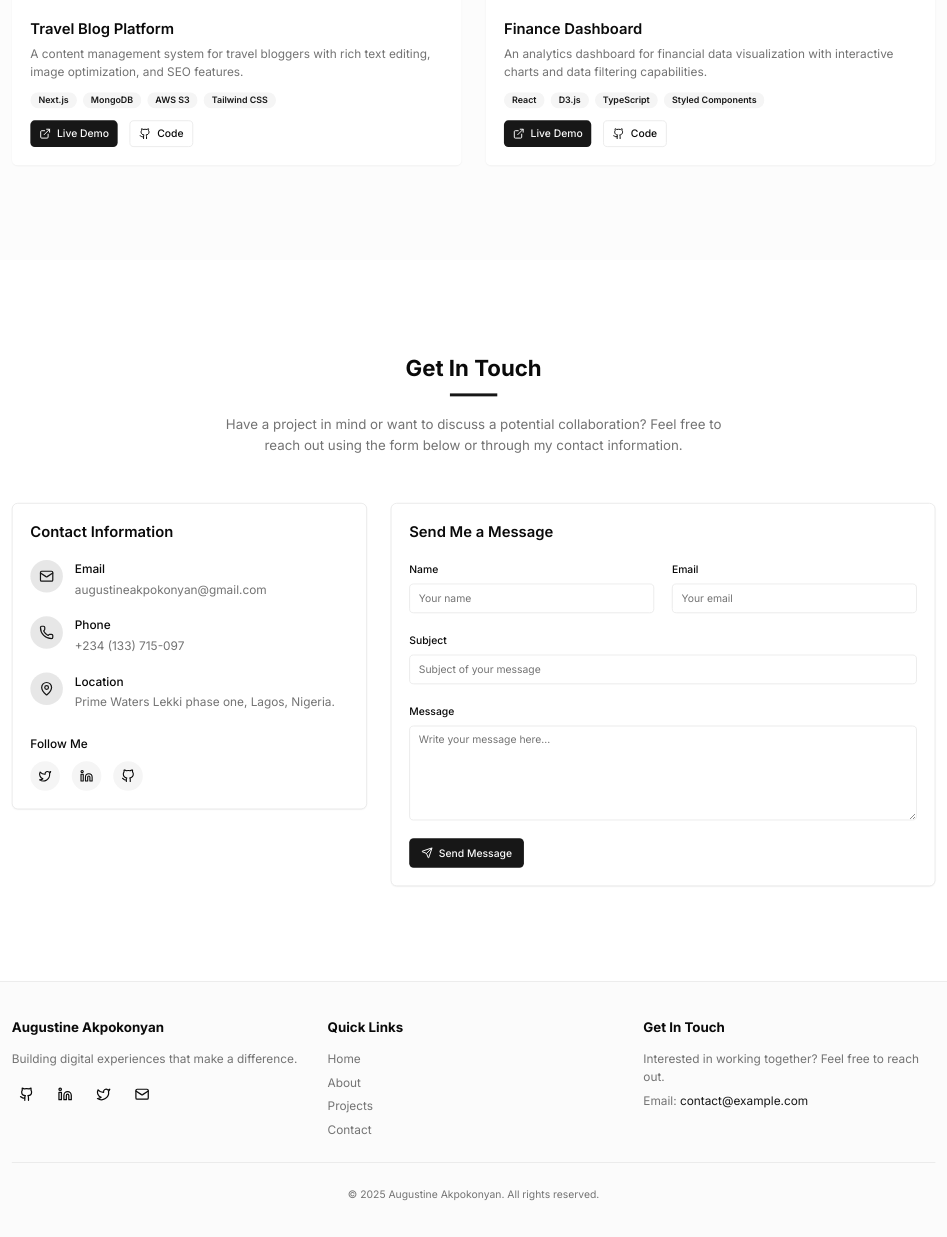
Repository: countaustin1990/AUSTIN-S-PORTFOLIO
Page: /
An editor plug-in stored every save of this project. The page is shown before and after the next save, followed by the edit.
The browser window is 1280 px wide. The pictures show the part of the page from y = 3879 to 5574 px (the page is 5550 px tall before and 5574 px after), at 74% of full size.
The project was rebuilt for these pictures with package versions that can differ from the ones it lists, and the page was loaded fresh each time. The framework's server and built-in components were replaced by stand-ins that run in the browser. Also part of the build but not shown: next.config.js, components/ui/scroll-area.tsx.

Above is the page before, as saved 2025-08-19 13:23:31.

After the next save:
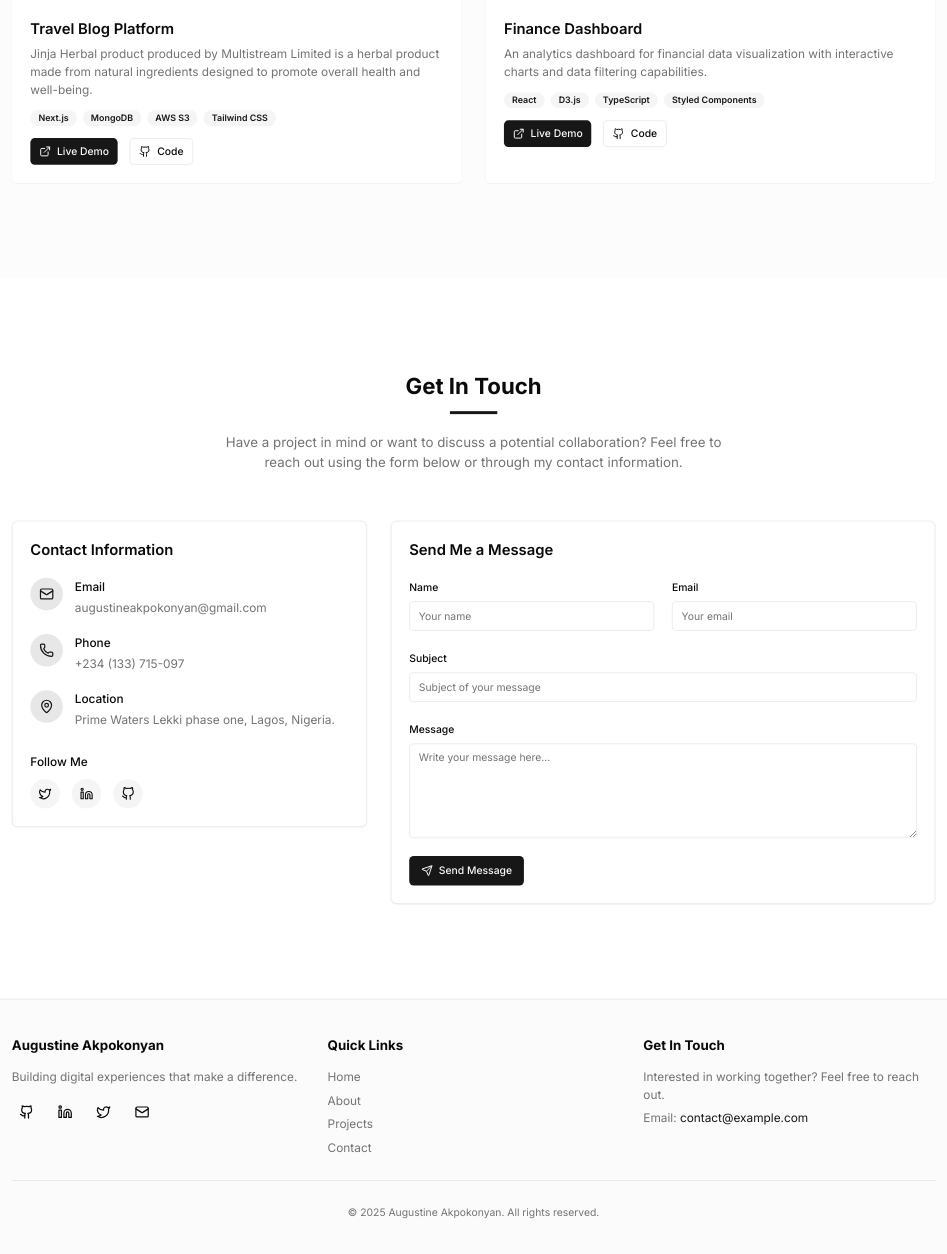
Saved 2 min 50 s later.
--- a/components/sections/Projects.tsx
+++ b/components/sections/Projects.tsx
@@ -27,10 +27,10 @@ const projects = [
   },
   {
     title: "Travel Blog Platform",
-    description: "A content management system for travel bloggers with rich text editing, image optimization, and SEO features.",
+    description: "Jinja Herbal product produced by Multistream Limited is a herbal product made from natural ingredients designed to promote overall health and well-being.",
     image: "https://images.pexels.com/photos/1051075/pexels-photo-1051075.jpeg?auto=compress&cs=tinysrgb&w=1260&h=750&dpr=1",
     tags: ["Next.js", "MongoDB", "AWS S3", "Tailwind CSS"],
-    liveUrl: "#",
+    liveUrl: "https://jinija-with-dominic-sigma.vercel.app/",
     githubUrl: "#",
   },
   {
